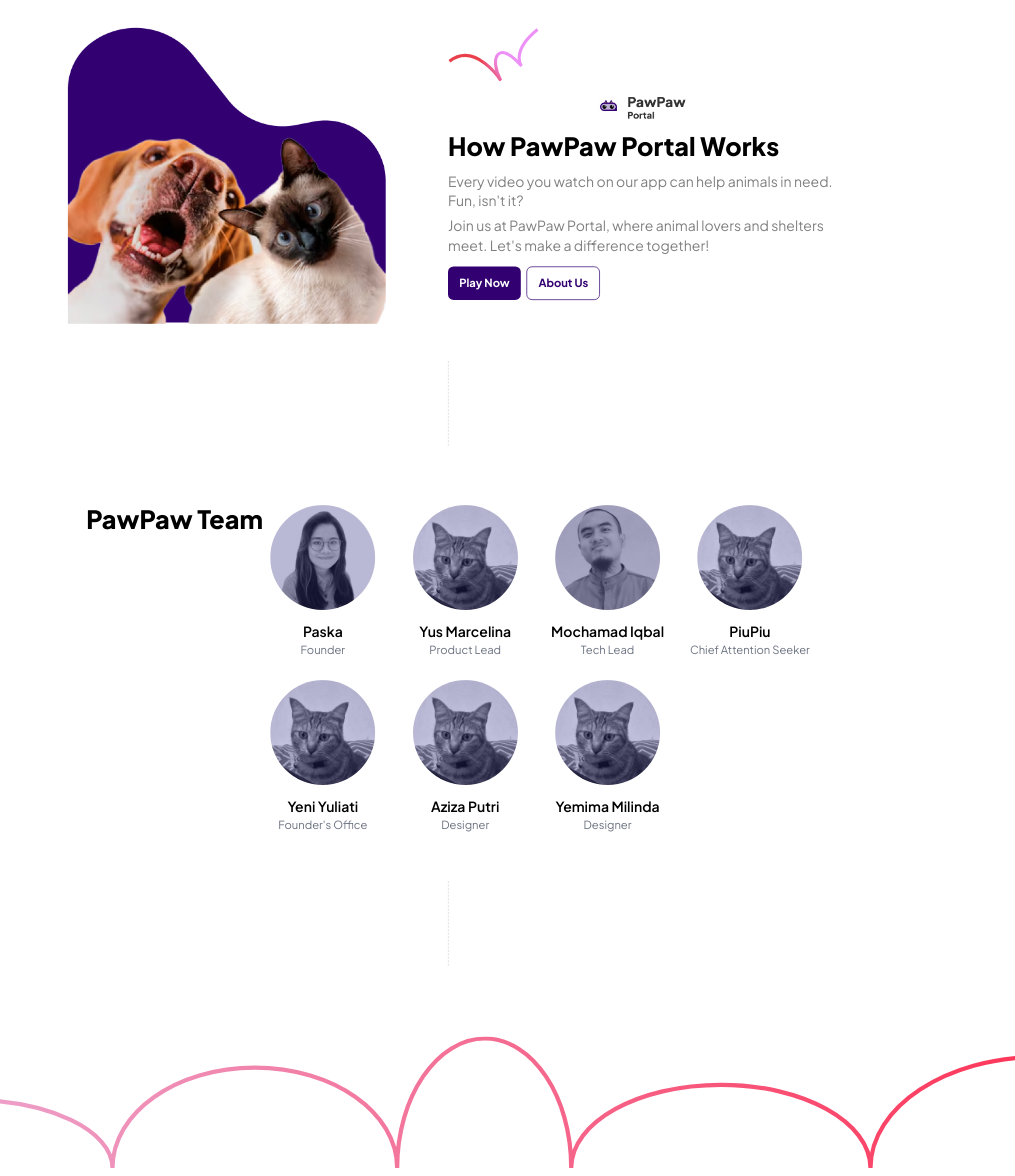
Repository: paskasiregar/pawpawwebsite
Page: /
These files come from the project's save history. The page is drawn as it stood at one moment and after the next save; the edit follows.
The browser window is 1280 px wide. The page is 1450 px wide, so the pictures cover 1450 px, including what lies to the right of the window. The pictures show the part of the page from y = 1062 to 2742 px (the page is 3936 px tall), at 70% of full size.
The project was rebuilt for these pictures with package versions that can differ from the ones it lists, and the page was loaded fresh each time. The framework's server and built-in components were replaced by stand-ins that run in the browser. Also part of the build but not shown: next.config.js, next.config.mjs.

Above is the page before, as saved 2024-09-06 11:57:29.

### src/app/layout.js
import { Inter } from "next/font/google";
import "./globals.css";

const inter = Inter({ subsets: ["latin"] });

export const metadata = {
  title: "PawPaw Portal | Your One-Stop Shelter",
  description: "Your One-Stop Shelter",
};

export default function RootLayout({ children }) {
  return (
    <html lang="en">
      <meta
        name="google-adsense-account"
        content="ca-pub-4770655134097556"
      ></meta>
      <body className={inter.className}>{children}</body>
    </html>
  );
}

### src/app/page.js
import { Contact } from "@/components/contact";
import { Divider } from "@/components/divider";
import { Footer } from "@/components/footer";
import { Header } from "@/components/header";
import CTA from "@/components/CTA";
import Hero from "@/components/hero";
import PrimaryButton from "@/components/primaryButton";
import SecButton from "@/components/secButton";
import Image from "next/image";
import bannerImage from "../assets/banner.png";
import logoHeaderImage from "../assets/banner-10.png";
import Link from "next/link";
import Head from "next/head";
import piupiu from "../assets/piupiu.png";
import paska from "../assets/paska.png";
import iqbal from "../assets/iqbal.png";

export default async function Home() {
  return (
    <div className="w-full font-plus-jakarta m-auto flex min-h-screen flex-col items-center justify-between">
      <Head>
        <script
          async
          src="https://pagead2.googlesyndication.com/pagead/js/adsbygoogle.js?client=ca-pub-4770655134097556"
          crossorigin="anonymous"
        ></script>
      </Head>
      <section className="w-full">
        <div className="centeredcontainer main-container">
          <Header />
        </div>
        <main className="main-container">
          <Hero />
          <Divider />
          <div className="self-stretch bg-white flex flex-col md:flex-row">
            <div className="flex-1 relative h-48 md:h-[489px] z-[0] flex items-center justify-center">
              <Image
                className="w-[80%] h-auto object-cover"
                alt="banner"
                src={bannerImage}
                width={200}
                height={200}
              />
            </div>

            {/* How it works */}
            <div
              id="how-it-works"
              className="flex-1 flex flex-col items-center md:items-start justify-center gap-4 z-[1] p-4 md:p-8"
            >
              <div className="space-y-4">
                <div className="flex justify-center md:justify-start">
                  <svg
                    width="130"
                    height="77"
                    viewBox="0 0 130 77"
                    fill="none"
                    xmlns="http://www.w3.org/2000/svg"
                  >
                    <path
                      d="M2.04016 48.038C39.1938 19.0059 75.4362 75.5193 75.4362 75.5193C58.6481 44.4597 70.5515 14.7701 105.05 54.8444C105.05 54.8444 88.8644 34.0647 127.885 2.52962"
                      stroke="url(#paint0_linear_545_35744)"
                      strokeWidth="4.42591"
                      strokeMiterlimit="10"
                      strokeLinejoin="bevel"
                    />
                    <defs>
                      <linearGradient
                        id="paint0_linear_545_35744"
                        x1="19.971"
                        y1="73.8863"
                        x2="126.116"
                        y2="-0.218346"
                        gradientUnits="userSpaceOnUse"
                      >
                        <stop offset="0.2868" stopColor="#E9404C" />
                        <stop offset="0.2967" stopColor="#EA475C" />
                        <stop offset="0.3252" stopColor="#EB5B85" />
                        <stop offset="0.3554" stopColor="#EB6CA8" />
                        <stop offset="0.3871" stopColor="#EC79C5" />
                        <stop offset="0.4209" stopColor="#EC84DB" />
                        <stop offset="0.4577" stopColor="#ED8BEB" />
                        <stop offset="0.4998" stopColor="#ED90F4" />
                        <stop offset="0.5589" stopColor="#ED91F7" />
                      </linearGradient>
                    </defs>
                  </svg>
                </div>
                <div className="hidden md:flex items-center justify-center">
                  <Image
                    className="w-36 h-10 object-cover"
                    alt="Logo"
                    src={logoHeaderImage}
                    width={120}
                    height={20}
                  />
                </div>
                <div className="flex flex-col items-center md:items-start">
                  <div className="relative font-extrabold text-2xl md:text-4xl text-center md:text-left">
                    How PawPaw Portal Works
                  </div>
                </div>
                <div className="self-stretch flex flex-col md:flex-row items-center md:items-start justify-start text-lg md:text-xl text-gray-500">
                  <div className="flex-1 flex flex-col items-center md:items-start justify-start">
                    <div className="self-stretch">
                      <p className="m-0 text-center md:text-left">
                        Every video you watch on our app can help animals in
                        need. Fun, isn&apos;t it?
                      </p>
                      <p className="m-2"></p>
                      <p className="m-0 text-center md:text-left">
                        Join us at PawPaw Portal, where animal lovers and
                        shelters meet. Let&apos;s make a difference together!
                      </p>
                    </div>
                  </div>
                </div>
                <div className="flex flex-col md:flex-row gap-2">
                  <PrimaryButton href="https://game.pawpawportal.com">
                    Play Now
                  </PrimaryButton>
                  <Link
                    href="#about-us"
                    className="flex flex-col md:flex-row gap-2"
                  >
                    <SecButton>About Us</SecButton>
                  </Link>
                </div>
              </div>
            </div>
          </div>

          {/* Team */}
          <Divider />
          <div
            id="team"
            className="flex-1 flex flex-col items-center md:items-center justify-center gap-4 z-[1] p-4 md:p-8"
          >
            <div className="space-y-4 justify-center flex">
              <div className="flex justify-center md:justify-center"></div>

              <div className="flex flex-col items-center md:items-center mb-8">
                <div className="relative font-extrabold text-2xl md:text-4xl text-center md:text-center mb-8">
                  PawPaw Team
                </div>
              </div>

              <div className="grid grid-cols-1 md:grid-cols-2 lg:grid-cols-4 gap-6 md:gap-8 justify-center">
                {/* Paska */}
                <div className="flex flex-col items-center">
                  <Image
                    className="rounded-full object-cover"
                    alt="Paska"
                    src={paska}
                    width={150}
                    height={150}
                    sizes="(max-width: 768px) 100px, (max-width: 1200px) 150px, 200px"
                  />
                  <div className="text-xl font-semibold mt-4">Paska</div>
                  <div className="text-gray-500">Founder</div>
                </div>

                {/* Kak Yus */}
                <div className="flex flex-col items-center">
                  <Image
                    className="rounded-full object-cover"
                    alt="Yus Marcelina"
                    src={piupiu}
                    width={150}
                    height={150}
                    sizes="(max-width: 768px) 100px, (max-width: 1200px) 150px, 200px"
                  />
                  <div className="text-xl font-semibold mt-4">
                    Yus Marcelina
                  </div>
                  <div className="text-gray-500">Product Lead</div>
                </div>

                {/* Mas Iqbal */}
                <div className="flex flex-col items-center">
                  <Image
                    className="rounded-full object-cover"
                    alt="Moch Iqbal"
                    src={iqbal}
                    width={150}
                    height={150}
                    sizes="(max-width: 768px) 100px, (max-width: 1200px) 150px, 200px"
                  />
                  <div className="text-xl font-semibold mt-4">
                    Mochamad Iqbal
                  </div>
                  <div className="text-gray-500">Tech Lead</div>
                </div>

                {/* PiuPiu */}
                <div className="flex flex-col items-center">
                  <Image
                    className="rounded-full object-cover"
                    alt="PiuPiu"
                    src={piupiu}
                    width={150}
                    height={150}
                    sizes="(max-width: 768px) 100px, (max-width: 1200px) 150px, 200px"
                  />
                  <div className="text-xl font-semibold mt-4">PiuPiu</div>
                  <div className="text-gray-500">Chief Attention Seeker</div>
                </div>

                {/* Julie */}
                <div className="flex flex-col items-center">
                  <Image
                    className="rounded-full object-cover"
                    alt="Julie"
                    src={piupiu}
                    width={150}
                    height={150}
                    sizes="(max-width: 768px) 100px, (max-width: 1200px) 150px, 200px"
                  />
                  <div className="text-xl font-semibold mt-4">Yeni Yuliati</div>
                  <div className="text-gray-500">Founder's Office</div>
                </div>

                {/* Aziza */}
                <div className="flex flex-col items-center">
                  <Image
                    className="rounded-full object-cover"
                    alt="Aziza"
                    src={piupiu}
                    width={150}
                    height={150}
                    sizes="(max-width: 768px) 100px, (max-width: 1200px) 150px, 200px"
                  />
                  <div className="text-xl font-semibold mt-4">Aziza Putri</div>
                  <div className="text-gray-500">Designer</div>
                </div>

                {/* Yemima */}
                <div className="flex flex-col items-center">
                  <Image
                    className="rounded-full object-cover"
                    alt="Yemima"
                    src={piupiu}
                    width={150}
                    height={150}
                    sizes="(max-width: 768px) 100px, (max-width: 1200px) 150px, 200px"
                  />
                  <div className="text-xl font-semibold mt-4">
                    Yemima Milinda
                  </div>
                  <div className="text-gray-500">Designer</div>
                </div>
              </div>
            </div>
          </div>

          <Divider />
          <Contact />
        </main>
        <div className="w-full">
          <div>
            <CTA />
          </div>
          <div id="about-us">
            <Footer />
          </div>
        </div>
      </section>
    </div>
  );
}

### src/components/divider.jsx
export const Divider = () => {
  return (
    <div className="self-stretch h-[195px] flex flex-row items-center justify-center py-16 px-[130px] box-border">
      <div className="w-px relative box-border h-[121px] border-r-[1px] border-dashed border-gray-300" />
    </div>
  );
};

### src/components/header.jsx
import Link from "next/link";
import PrimaryButton from "@/components/primaryButton";
import React from "react";
import Image from "next/image";
import logoHeaderImage from "../assets/banner-10.png";

export const Header = () => {
  return (
    <div className="font-plus-jakarta w-full flex flex-col items-center justify-center text-left text-gray-500">
      <div className="self-stretch bg-white flex flex-col items-center justify-center text-sm">
        <div className="w-full header-content p-2.5 box-border">
          <Link href="/">
            {" "}
            {/* Homepage */}
            <Image
              className="w-36 h-10 object-cover"
              alt="Logo"
              src={logoHeaderImage}
              width={120}
              height={20}
            />
          </Link>
          <div className="hidden md:flex flex-row items-center justify-center gap-8">
            <div>
              <Link href="#how-it-works">How It Works</Link>
            </div>
            <div>
              <Link href="#about-us">About Us</Link>
            </div>
            <div>
              <Link href="/privacy">Privacy Policy</Link>
            </div>
          </div>
          <div className="header-logo-button">
            <PrimaryButton href="https://game.pawpawportal.com">
              Be Our Hero Today!
            </PrimaryButton>
          </div>
        </div>
      </div>
    </div>
  );
};

export default Header;

### src/components/CTA.jsx
import React from "react";
import Link from "next/link";

const CTA = () => {
  return (
    <div className="cta-container font-plus-jakarta p-4 md:p-8 flex flex-col md:flex-row items-center justify-center">
      <svg
        className="cta-decoration mb-4 md:mb-0 md:mr-4"
        width="48"
        height="46"
        viewBox="0 0 48 46"
        fill="none"
        xmlns="http://www.w3.org/2000/svg"
      >
        <path
          d="M2 46C2 27.296 29.551 30.0086 36.5736 34.5625C36.5736 34.5625 14.4611 2 47.5714 2"
          stroke="url(#cta_gradient)"
          strokeWidth="3.92857"
          strokeMiterlimit="10"
          strokeLinejoin="bevel"
        />
        <defs>
          <linearGradient
            id="cta_gradient"
            x1="37.3571"
            y1="2"
            x2="7.5"
            y2="46"
            gradientUnits="userSpaceOnUse"
          >
            <stop stopColor="#FF2445" />
            <stop offset="1" stopColor="#F5AB0E" />
          </linearGradient>
        </defs>
      </svg>
      <Link href="https://game.pawpawportal.com">
        <div className="cta-button text-center bg-gradient-to-r from-orange-500 to-pink-500 text-white font-bold py-2 px-4 rounded-lg shadow-lg cursor-pointer">
          Play Our Game Now
        </div>
      </Link>
    </div>
  );
};

export default CTA;

### src/components/primaryButton.jsx
import React from "react";

const PrimaryButton = ({ children, onClick }) => {
  return (
    <button
      className="self-stretch bg-inherit-320071 hover:bg-blue-700 text-white font-bold px-4 py-3 rounded-lg"
      onClick={onClick}
    >
      {children}
    </button>
  );
};

export default PrimaryButton;

### src/components/secButton.jsx
import React from "react";

const SecButton = ({ children, onClick }) => {
  return (
    <button
      className="bg-white border border-inherit-320071 text-inherit-320071 font-bold py-2 px-4 rounded-lg"
      onClick={onClick}
    >
      {children}
    </button>
  );
};

export default SecButton;

### src/components/nameInput.jsx
import React from "react";

const NameInput = ({ value, onChange }) => {
  return (
    <div className="mb-4">
      <label
        className="block text-gray-700 text-sm font-bold mb-2"
        htmlFor="name"
      >
        Name
      </label>
      <input
        id="name"
        type="text"
        value={value}
        onChange={onChange}
        className="shadow appearance-none border rounded w-full py-2 px-3 text-gray-700 leading-tight focus:outline-none focus:shadow-outline"
        placeholder="Your Name"
      />
    </div>
  );
};

export default NameInput;

### src/components/emailInput.jsx
import React from "react";

const EmailInput = ({ value, onChange }) => {
  return (
    <div className="mb-4">
      <label
        className="block text-gray-700 text-sm font-bold mb-2"
        htmlFor="email"
      >
        Email
      </label>
      <input
        id="email"
        type="email"
        value={value}
        onChange={onChange}
        className="shadow appearance-none border rounded w-full py-2 px-3 text-gray-700 leading-tight focus:outline-none focus:shadow-outline"
        placeholder="Your Email"
      />
    </div>
  );
};

export default EmailInput;

### src/components/mesageInput.jsx
import React from "react";

const MessageInput = ({ value, onChange }) => {
  return (
    <div className="mb-4">
      <label
        className="block text-gray-700 text-sm font-bold mb-2"
        htmlFor="message"
      >
        Message
      </label>
      <textarea
        id="message"
        value={value}
        onChange={onChange}
        className="shadow appearance-none border rounded w-full py-2 px-3 text-gray-700 leading-tight focus:outline-none focus:shadow-outline"
        placeholder="Your Message"
        rows="5"
      />
    </div>
  );
};

export default MessageInput;

Loaded but not shown: tailwind.config.js (24 lines, source omitted); src/components/hero.jsx (211 lines, source omitted); src/components/footer.jsx (175 lines, source omitted); src/components/contact.jsx (94 lines, source omitted); src/app/globals.css (122 lines, source omitted)

After the next save:
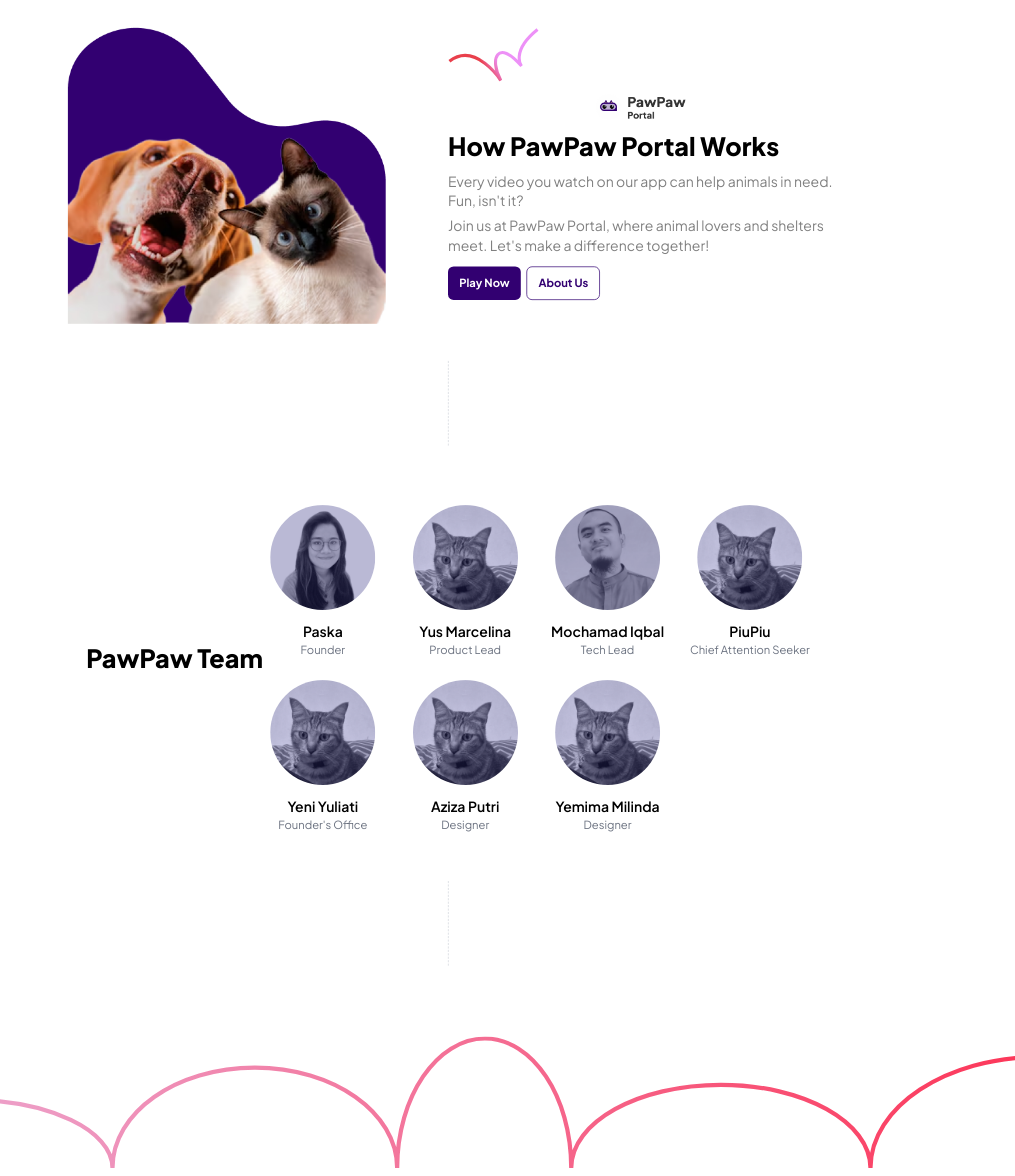
Saved 4 s later.
--- a/src/app/page.js
+++ b/src/app/page.js
@@ -136,7 +136,7 @@ export default async function Home() {
             id="team"
             className="flex-1 flex flex-col items-center md:items-center justify-center gap-4 z-[1] p-4 md:p-8"
           >
-            <div className="space-y-4 justify-center flex">
+            <div className="space-y-4 justify-center flex items-center">
               <div className="flex justify-center md:justify-center"></div>
 
               <div className="flex flex-col items-center md:items-center mb-8">

After the save that followed:
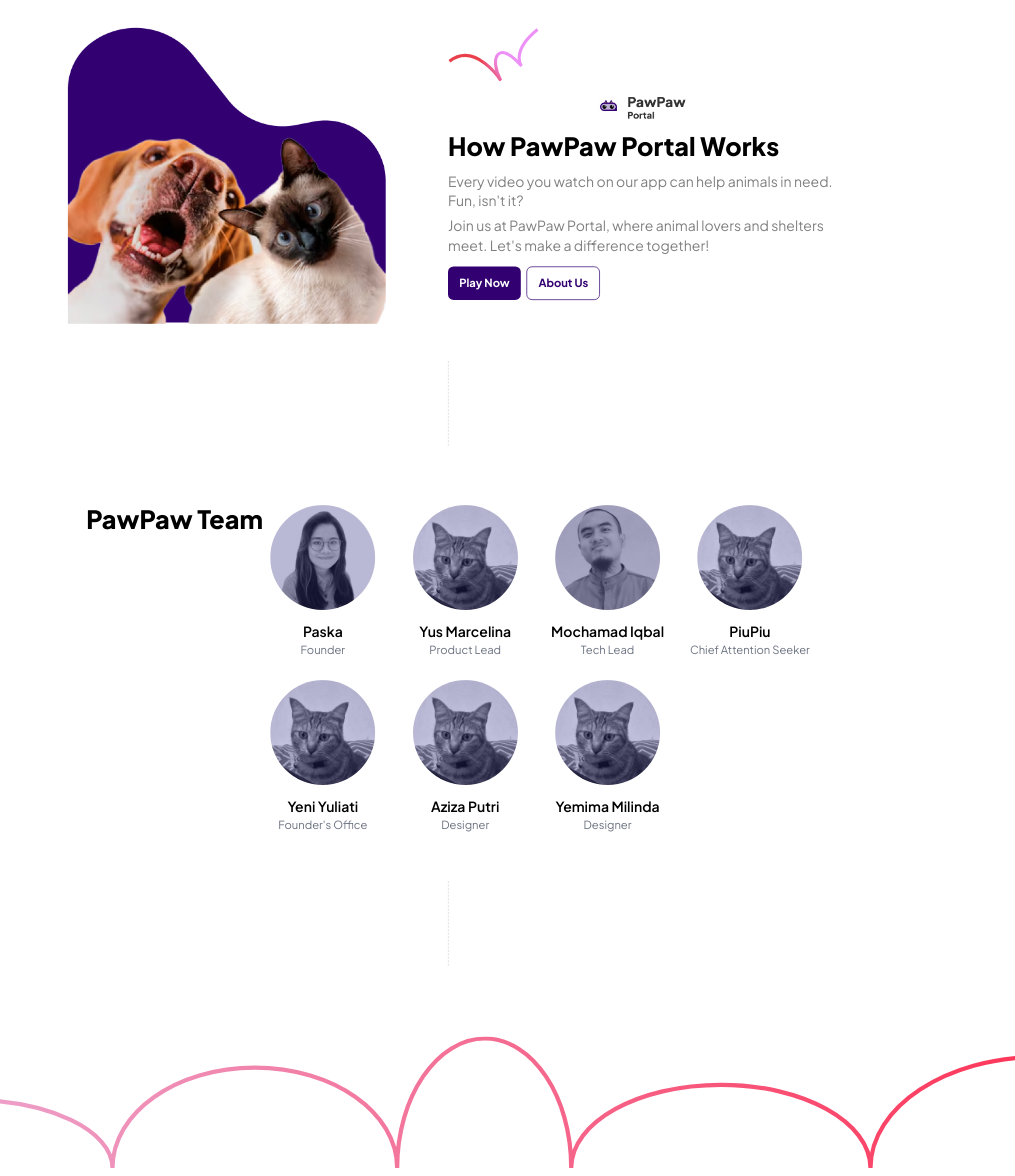
Saved 4 s later.
--- a/src/app/page.js
+++ b/src/app/page.js
@@ -136,7 +136,7 @@ export default async function Home() {
             id="team"
             className="flex-1 flex flex-col items-center md:items-center justify-center gap-4 z-[1] p-4 md:p-8"
           >
-            <div className="space-y-4 justify-center flex items-center">
+            <div className="space-y-4 justify-center flex">
               <div className="flex justify-center md:justify-center"></div>
 
               <div className="flex flex-col items-center md:items-center mb-8">
